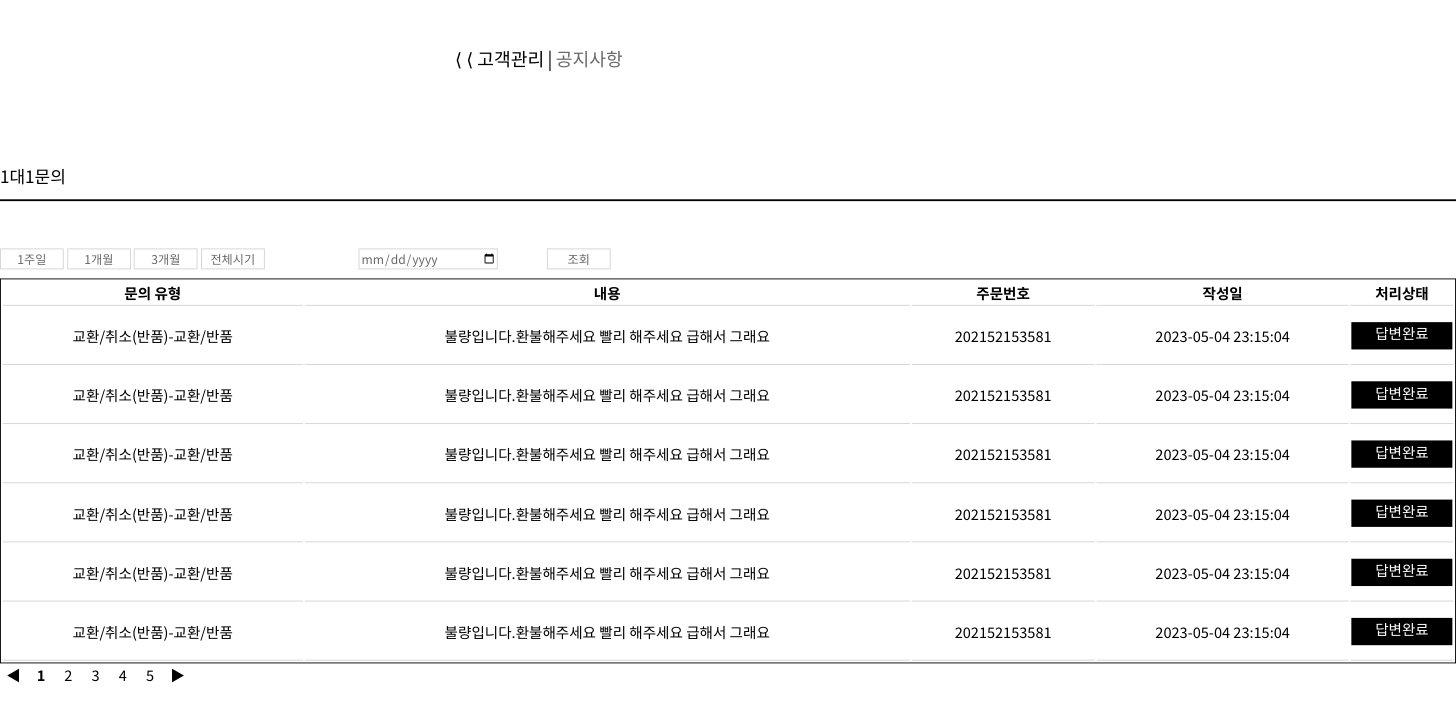
Repository: mcw9503/PassionForFashion
Page: Semi_Project/src/main/webapp/WEB-INF/announcementPage2.html
These files come from the project's save history. The page is drawn as it stood at one moment and after the next save; the edit follows.
The browser window is 1280 px wide. The page is 1600 px wide, so the pictures cover 1600 px, including what lies to the right of the window. The pictures show the whole page, at 91% of full size.

Above is the page before, as saved 2023-05-07 15:18:01.

### Semi_Project/src/main/webapp/WEB-INF/announcementPage2.html
<!DOCTYPE html>
<html>
<head>
<meta charset="UTF-8">
<title>Insert title here</title>
<link href="https://fonts.googleapis.com/earlyaccess/notosanskr.css"
	rel="stylesheet">
</head>

<style>

* {
	outline: none;
	margin: 0;
	font-family: 'Noto Sans KR', sans-serif;
}


input[id*="answer"] + label h3 {
	position: absolute;
	top: 50%;
	right:10px;
	width:80px;
	height:30px;
	margin-top: -15px;
	border-top: none:
	background: white;
	font-weight: 200;
}


.annNum {
font-weight: 500;
}

hr{
border-bottom: 1px solid black;
}
div button {
	color: dimgray;
	background:white;
	border: 1px solid lightgray;
	margin-bottom: 10px;
	width: 70px;
}

div button:active{
	color: black;
	background:white;
	border: 0.5px solid black;
}

div form input {
	color: dimgray;
	background:white;
	border: 1px solid lightgray;
	margin-bottom: 10px;
	width: 70px;
}

div form input:active {
	color: black;
	background:white;
	border: 0.5px solid black;
}



thead th {
 text-align: center;
 justify-content: space-between;
 border-bottom: 1px solid lightgray;
}

tbody td {
 text-align: center;
 justify-content: space-between;
 height: 60px;
 border-bottom: 1px solid lightgray;

}

tbody td span:last-child {
border: none;
}


tbody td span {
	display: inline-block;
	width: 100%;
	height: 30px;
	color:white;
	background: black;
}

table {
	width: 100%;
	text-align: center;
	border: 1px solid black;
}

#Paging{
 margin: 0 auto;
 width: 100%;
 height: 50px;
 text-align: center;

}

#Paging div{
 float: left;
 width: 30px;
}

</style>
<body>
	<div style="display:inline-block; margin-left: 500px; margin-bottom: 100px; margin-top: 50px; font-size: 20px;">&lang; &lang; 고객관리 </div>
	<span style="font-size: 20px;">|</span>
	 <span style="color:dimgray;font-size: 20px;">  공지사항</span>

	<div class="annWrap" style="width: 1600px; margin: auto;" >

		<h3 style="font-weight: 400; margin-bottom: 30px; border-bottom: 2px solid black; height: 40px;"> 1대1문의</h3>
		<div style="margin-top: 50px;">
			<form>
				<button type="button">1주일</button>
				<button type="button">1개월</button>
				<button type="button">3개월</button>
				<button type="button" name="date">전체시기</button>
				<input type="date" name="date" style="width:  150px; margin-left: 100px; margin-right: 50px;">
				<input type="submit" name="submit" value="조회">
			</form>
		</div>

	<table>
		<thead style="text-align: center;">
			<tr>
				<th>문의 유형</th>
				<th>내용</th>
				<th>주문번호</th>
				<th>작성일</th>
				<th>처리상태</th>
			</tr>
		</thead>

		<tbody>
			<tr>
				<td>교환/취소(반품)-교환/반품</td>
				<td>불량입니다.환불해주세요 빨리 해주세요 급해서 그래요</td>
				<td>202152153581</td>
				<td>2023-05-04 23:15:04</td>
				<td><span>답변완료</span></td>
			</tr>
			<tr>
				<td>교환/취소(반품)-교환/반품</td>
				<td>불량입니다.환불해주세요 빨리 해주세요 급해서 그래요</td>
				<td>202152153581</td>
				<td>2023-05-04 23:15:04</td>
				<td><span>답변완료</span></td>
			</tr>
			<tr>
				<td>교환/취소(반품)-교환/반품</td>
				<td>불량입니다.환불해주세요 빨리 해주세요 급해서 그래요</td>
				<td>202152153581</td>
				<td>2023-05-04 23:15:04</td>
				<td><span>답변완료</span></td>
			</tr>
			<tr>
				<td>교환/취소(반품)-교환/반품</td>
				<td>불량입니다.환불해주세요 빨리 해주세요 급해서 그래요</td>
				<td>202152153581</td>
				<td>2023-05-04 23:15:04</td>
				<td><span>답변완료</span></td>
			</tr>
			<tr>
				<td>교환/취소(반품)-교환/반품</td>
				<td>불량입니다.환불해주세요 빨리 해주세요 급해서 그래요</td>
				<td>202152153581</td>
				<td>2023-05-04 23:15:04</td>
				<td><span>답변완료</span></td>
			</tr>
			<tr>
				<td>교환/취소(반품)-교환/반품</td>
				<td>불량입니다.환불해주세요 빨리 해주세요 급해서 그래요</td>
				<td>202152153581</td>
				<td>2023-05-04 23:15:04</td>
				<td><span>답변완료</span></td>
			</tr>
		</tbody>

	</table>

                <div id="Paging">
                    <div class="prev">◀</div>
                       <div><b>1</b></div>
                    <div>2</div>
                    <div>3</div>
                    <div>4</div>
                    <div>5</div>
                    <div class="next">▶</div>
                </div>

	</div>

</body>
</html>

After the next save:
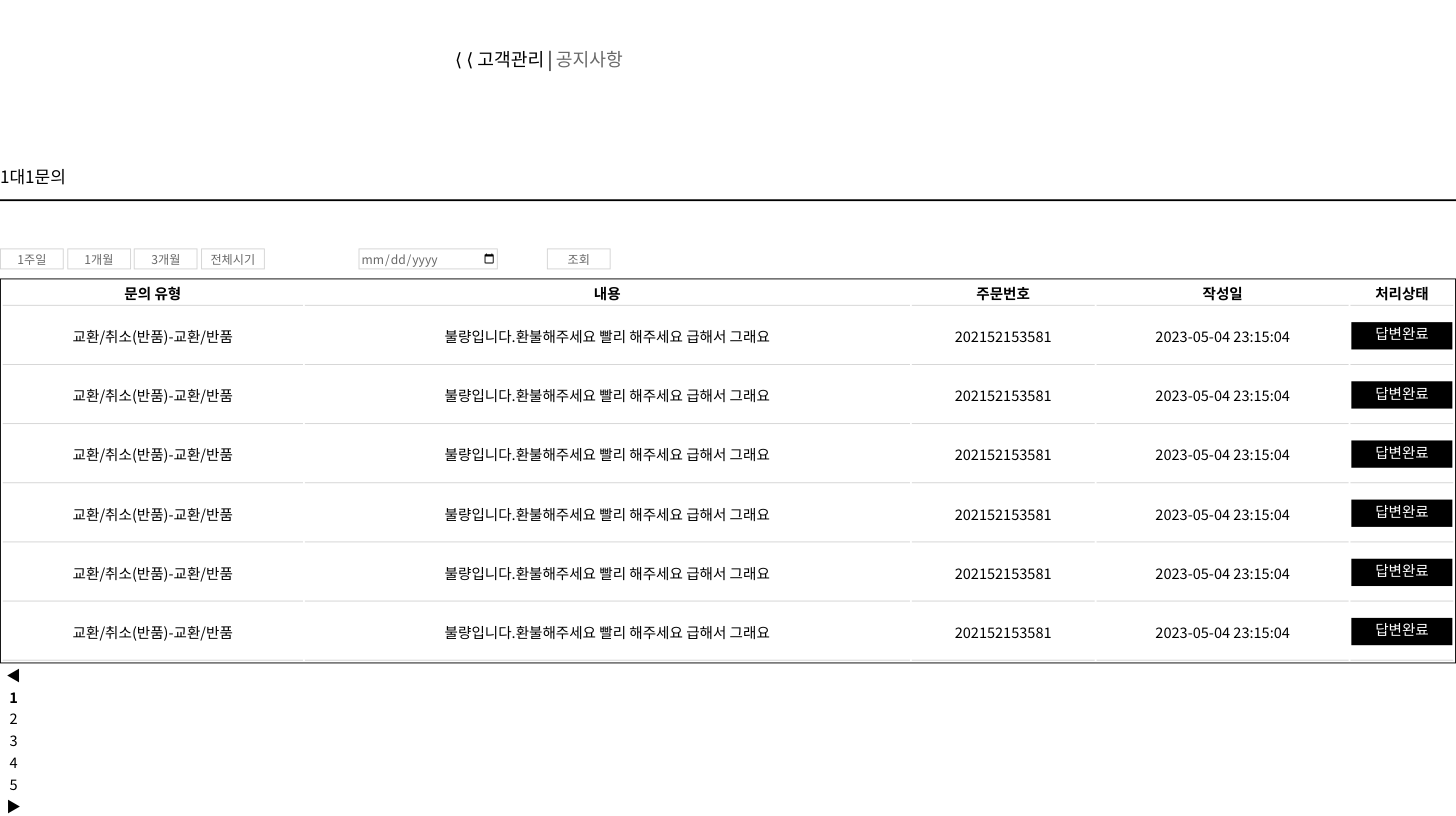
Saved 55 s later.
--- a/Semi_Project/src/main/webapp/WEB-INF/announcementPage2.html
+++ b/Semi_Project/src/main/webapp/WEB-INF/announcementPage2.html
@@ -108,6 +108,7 @@
 }
 
 #Paging div{
+
  float: left;
  width: 30px;
 }
@@ -191,13 +192,15 @@
 	</table>
 
                 <div id="Paging">
-                    <div class="prev">◀</div>
-                       <div><b>1</b></div>
-                    <div>2</div>
-                    <div>3</div>
-                    <div>4</div>
-                    <div>5</div>
-                    <div class="next">▶</div>
+                	<div>
+	                    <div class="prev">◀</div>
+	                       <div><b>1</b></div>
+	                    <div>2</div>
+	                    <div>3</div>
+	                    <div>4</div>
+	                    <div>5</div>
+	                    <div class="next">▶</div>
+                    </div>
                 </div>
 
 	</div>

After the 4 saves that followed:
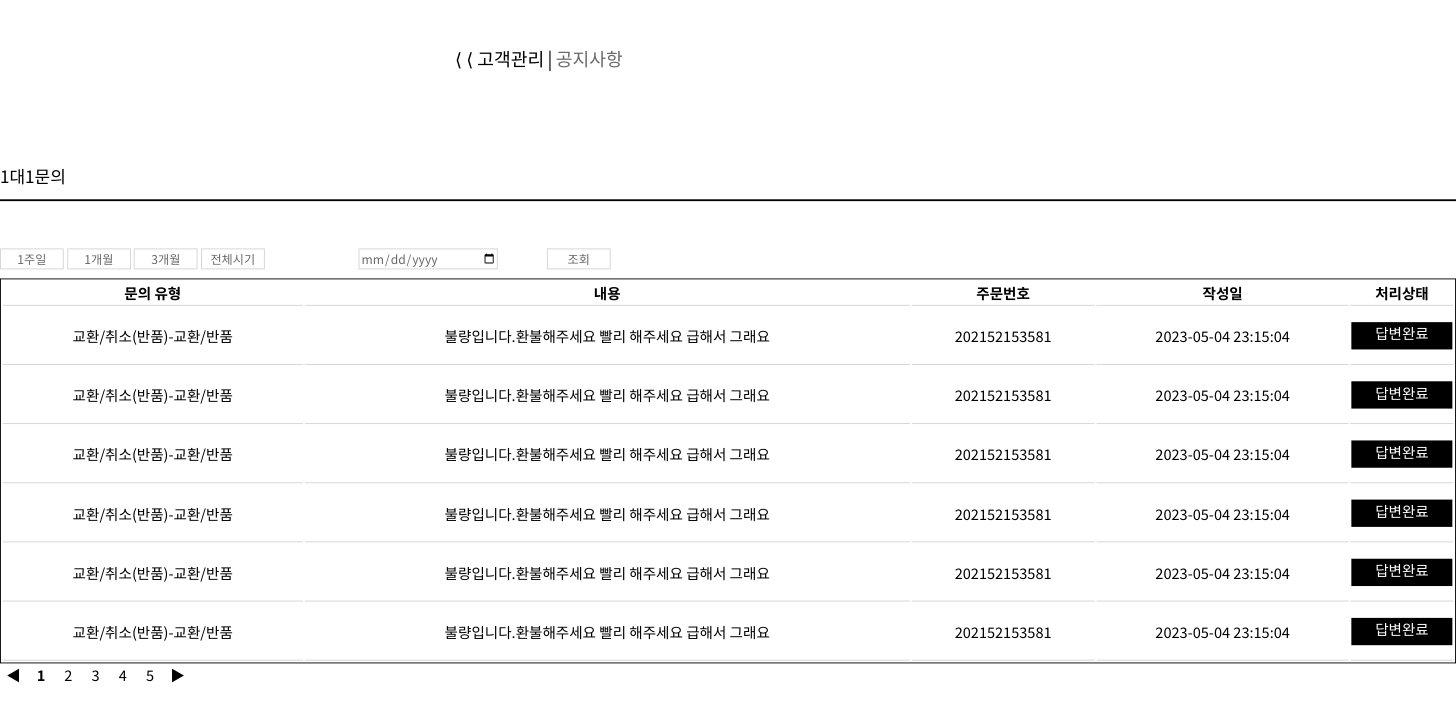
The 4 saves are shown as one change because 3 left the picture as it was.
The last was saved 77 s later.
--- a/Semi_Project/src/main/webapp/WEB-INF/announcementPage2.html
+++ b/Semi_Project/src/main/webapp/WEB-INF/announcementPage2.html
@@ -108,7 +108,7 @@
 }
 
 #Paging div{
-
+ margin: auto;
  float: left;
  width: 30px;
 }
@@ -192,7 +192,6 @@
 	</table>
 
                 <div id="Paging">
-                	<div>
 	                    <div class="prev">◀</div>
 	                       <div><b>1</b></div>
 	                    <div>2</div>
@@ -200,7 +199,6 @@
 	                    <div>4</div>
 	                    <div>5</div>
 	                    <div class="next">▶</div>
-                    </div>
                 </div>
 
 	</div>
